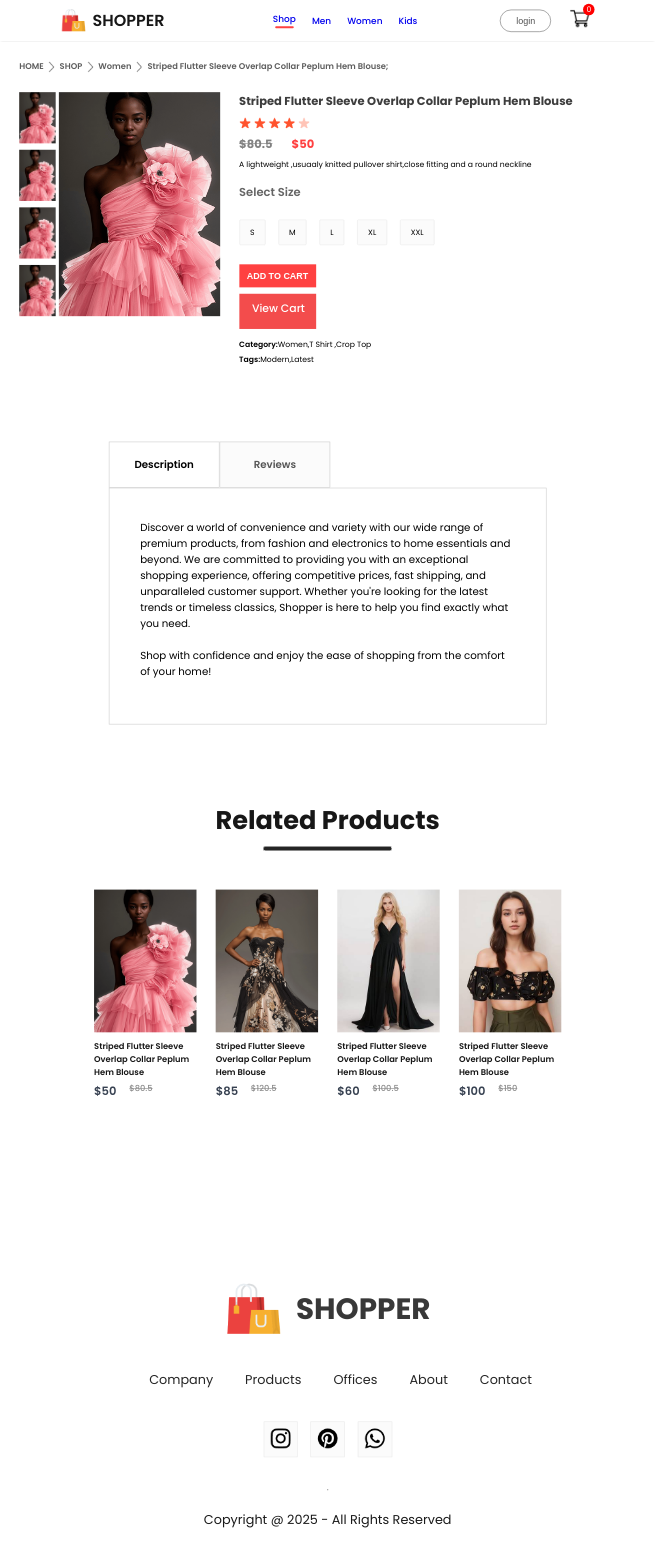
Repository: PayalJakhar/Shoppers-E-commerce-Website
Page: /product/1 (app in frontend/)
These files come from the project's save history. The page is drawn as it stood at one moment and after a run of saves; the edit follows.
The browser window is 1024 px wide. The pictures show the whole page, at 64% of full size.
The project was rebuilt for these pictures with package versions that can differ from the ones it lists, and the page was loaded fresh each time. Also part of the build but not shown: frontend/src/App.css, frontend/src/Components/Hero/Hero.css, frontend/src/Components/Hero/Hero.jsx, frontend/src/Components/Popular/Popular.css, frontend/src/Components/Popular/Popular.jsx, frontend/src/Components/Offers/Offers.css, frontend/src/Components/Offers/Offers.jsx, frontend/src/Components/NewCollections/NewCollections.css and 12 more.

Above is the page before, as saved 2025-01-17 19:06:01.

### frontend/src/index.css
*{
  margin:0;
}
body {
  margin: 0;
  font-family: -apple-system, BlinkMacSystemFont, 'Segoe UI', 'Roboto', 'Oxygen',
    'Ubuntu', 'Cantarell', 'Fira Sans', 'Droid Sans', 'Helvetica Neue',
    sans-serif;
  -webkit-font-smoothing: antialiased;
  -moz-osx-font-smoothing: grayscale;
  font-family:'poppins';
}

code {
  font-family: source-code-pro, Menlo, Monaco, Consolas, 'Courier New',
    monospace;
}

### frontend/src/Context/ShopContext.jsx
import React, { createContext, useState } from "react";
import all_product from '../Components/Assets/Frontend_Assets/all_product';

export const ShopContext = createContext(null);

const getDefaultCart = () => {
    let cart = {};
    for (let index = 0; index < all_product.length; index++) {
        cart[index] = 0;
    }
    return cart;
}

const ShopContextProvider = (props) => {
    const [cartItems, setCartItems] = useState(getDefaultCart());

    const addToCart = (itemId) => {
        setCartItems((prev) => ({ ...prev, [itemId]: prev[itemId] + 1 }));
        console.log(cartItems);
    }

    const removeFromCart = (itemId) => {
        setCartItems((prev) => ({ ...prev, [itemId]: prev[itemId] - 1 }));
    }

    const getTotalCartAmount = () => {
        let totalAmount = 0;
        for (const item in cartItems) {
            if (cartItems[item] > 0) {
                let itemInfo = all_product.find((product) => product.id === Number(item));
                totalAmount += itemInfo.new_price * cartItems[item];
            }
        }
        return totalAmount;
    }

    const getTotalCartItems = () => {
        let totalItem = 0;
        for (const item in cartItems) {
            if (cartItems[item] > 0) {
                totalItem += cartItems[item];
            }
        }
        return totalItem;
    }

    const contextValue = { getTotalCartItems, getTotalCartAmount, all_product, cartItems, addToCart, removeFromCart };

    return (
        <ShopContext.Provider value={contextValue}>
            {props.children}
        </ShopContext.Provider>
    )
}

export default ShopContextProvider;

### frontend/src/Components/Navbar/Navbar.jsx
import React, { useContext, useState, useRef } from 'react';
import { Link } from 'react-router-dom';
import './Navbar.css';
import logo from '../Assets/Frontend_Assets/logo.png';
import cart_icon from '../Assets/Frontend_Assets/cart_icon.png';
import { ShopContext } from '../../Context/ShopContext';
import nav_dropdown from '../Assets/Frontend_Assets/nav_dropdown.png'

export default function Navbar() {
    const [menu, setMenu] = useState('shop');
    const {getTotalCartItems} = useContext(ShopContext);
    const menuRef = useRef();

    const dropdown_toggle = (e) =>{
        menuRef.current.classList.toggle('nav-menu-visible');
        e.target.classList.toggle('open');
    }


    return (
        <div className="navbar">
            <div className="nav-logo">
                <img src={logo} alt="" />
                <p> SHOPPER</p>
            </div>
            <img  className='nav-dropdown' onClick={dropdown_toggle} src={nav_dropdown} alt=""/>
            <ul ref={menuRef} className="nav-menu">
                <li onClick={() => { setMenu('shop') }}><Link style={{textDecoration:'none'}} to='/'>Shop</Link>{menu === 'shop' ? <hr /> : <></>}</li>
                <li onClick={() => { setMenu('mens') }}><Link style={{textDecoration:'none'}} to='/mens'>Men</Link>{menu === 'mens' ? <hr /> : <></>}</li>
                <li onClick={() => { setMenu('women') }}><Link style={{textDecoration:'none'}} to='/women'>Women</Link>{menu === 'women' ? <hr /> : <></>}</li>
                <li onClick={() => { setMenu('kids') }}><Link style={{textDecoration:'none'}} to='/kids'>Kids</Link>{menu === 'kids' ? <hr /> : <></>}</li>
            </ul>
            <div className="nav-login-cart">
                <Link style={{textDecoration:'none'}} to='/login'><button>login</button></Link>
                <Link style={{textDecoration:'none'}} to='/cart'><img src={cart_icon} alt="" /></Link>
                <div className="nav-cart-count">{getTotalCartItems()}</div>
            </div>
        </div>
    )
}

### frontend/src/Pages/Product.jsx
import React,{useContext} from 'react'
import {ShopContext} from '../Context/ShopContext'
import {useParams} from 'react-router-dom'
import Breadcrum from '../Components/Breadcrums/Breadcrum';
import ProductDisplay from '../Components/ProductDisplay/ProductDisplay';
import DescriptionBox from '../Components/DescriptionBox/DescriptionBox';
import RelatedProducts from '../Components/RelatedProducts/RelatedProducts';

export default function Product() {
  const {all_product} = useContext(ShopContext);
  const {productID} = useParams(); // we have to give the name the same name as the parameter as been given
  // using the productID we will look for the product in the all_product;

  const product = all_product.find((e)=>e.id===Number(productID));// the const product will be equal to an object as all_product is an array of objects
  // as productID should be in number format as e.id is in number format
  return (
    <div>
        <Breadcrum product={product}/>
        <ProductDisplay product={product}/>
        <DescriptionBox/>
        <RelatedProducts/>
    </div>
  )
}

### frontend/src/Components/Footer/Footer.jsx
import React from 'react'
import './Footer.css'
import footer_logo from '../Assets/Frontend_Assets/logo_big.png'
import instagram_icon from '../Assets/Frontend_Assets/instagram_icon.png'
import pintester_icon from '../Assets/Frontend_Assets/pintester_icon.png'
import whatsapp_icon from '../Assets/Frontend_Assets/whatsapp_icon.png'
export default function Footer() {
  return (
    <div className='footer'>
        <div className="footer-logo">
            <img src={footer_logo} alt=""/>
            <p>SHOPPER</p>
        </div>
        <ul className="footer-links">
            <li>Company</li>
            <li>Products</li>
            <li>Offices</li>
            <li>About</li>
            <li>Contact</li>
        </ul>
        <div className="footer-social-icon">
            <div className="footer-icons-container">
                <img src={instagram_icon} alt=""/>
            </div>
            <div className="footer-icons-container">
                <img src={pintester_icon} alt=""/>
            </div>
            <div className="footer-icons-container">
                <img src={whatsapp_icon} alt=""/>
            </div>
        </div>
        <div className="footer-copyright">
            <hr/>
            <p>Copyright @ 2025 - All Rights Reserved</p>
        </div>
    </div>
  )
}

### frontend/src/Components/Item/Item.jsx
import React from 'react'
import { Link } from 'react-router-dom';
import './Item.css'
export default function Item(props) {
  return (
    <div className='item'>
        <Link to={`/product/${props.id}`}><img onClick={window.scrollTo(0,0)} src={props.image} alt="" /></Link>
        {/* on click to img just scroll the window on to top */}
        <p>{props.name}</p>
        <div className="item-prices">
            <div className="item-price-new">
                ${props.new_price}
            </div>
            <div className="item-price-old">
                ${props.old_price}
            </div>
        </div>
    </div>
  )
}

### frontend/src/Components/Breadcrums/Breadcrum.jsx
import React from 'react'
import './Breadcrum.css'
import arrow_icon from '../Assets/Frontend_Assets/breadcrum_arrow.png'

const Breadcrum = (props) => {
    const {product} = props;
    return (
        <div className='breadcrum'>
            HOME <img src={arrow_icon} alt=""/> SHOP <img src={arrow_icon} alt=""/> {product.category} <img src={arrow_icon} alt=""/> {product.name};
        </div>
    )
}

export default Breadcrum

### frontend/src/Components/DescriptionBox/DescriptionBox.jsx
import React from 'react'
import './DescriptionBox.css'

const DescriptionBox = () => {
  return (
    <div className='descriptionbox'>
      <div className="descriptionbox-navigator">
        <div className="descriptionbox-nav-box">Description</div>
        <div className="descriptionbox-nav-box fade">Reviews</div>
      </div>
      <div className="descriptionbox-description">
        <p>
        Discover a world of convenience and variety with our wide range of premium products, from fashion and electronics to home essentials and beyond. We are committed to providing you with an exceptional shopping experience, offering competitive prices, fast shipping, and unparalleled customer support. Whether you're looking for the latest trends or timeless classics, Shopper is here to help you find exactly what you need.
        </p>
        <p>
         Shop with confidence and enjoy the ease of shopping from the comfort of your home!
        </p>
      </div>
    </div>
  )
}

export default DescriptionBox

### frontend/src/Components/RelatedProducts/RelatedProducts.jsx
import React from 'react'
import './RelatedProducts.css'
import data_product from '../Assets/Frontend_Assets/data'
import Item from '../Item/Item'
const RelatedProducts = () => {
  return (
    <div className='relatedproducts'>
        <h1>Related Products</h1>
        <hr/>
        <div className="relatedproducts-item">
            {data_product.map((item,i)=>{
                return <Item key={i} id={item.id} name={item.name} image={item.image} new_price={item.new_price} old_price={item.old_price}/>
            })}
        </div>
    </div>
  )
}

export default RelatedProducts

### frontend/src/Components/Footer/Footer.css
.footer{
    display: flex;
    flex-direction: column;
    justify-content: center;
    align-items: center;
    gap: 50px;
}

.footer-logo{
    display: flex;
    align-items: center;
    gap: 20px;
}

.footer-logo p{
    color: #383838;
    font-size: 46px;
    font-weight: 700;

}

.footer-links{
    display: flex;
    list-style: none;
    gap: 50px;
    color: #252525;
    font-size: 20px;
}

.footer-links li{
    cursor: pointer;
}

.footer-social-icon{
    display: flex;
    gap: 20px;
}

.footer-icons-container{
    padding: 10px;
    padding-bottom:6px;
    background: #fbfbfb;
    border: 1px solid #ebebeb;
}

.footer-copyright{
    display: flex;
    flex-direction: column;
    align-items: center;
    gap: 30px;
    width: 100%;
    margin-bottom: 30px;
    color: #1a1a1a;
    font-size: 20px;
}

.footer-copyright r{
    width: 80%;
    border: none;
    border-radius: 10px;
    height: 3px;
    background: #c7c7c7;
}

@media(max-width: 800px){
    .footer{
        gap: 20px;
    }
    .footer-lgo{
        gap: 10px;
        align-items: end;
    }
    .footer-logo img{
        width: 40px;
    }
    .footer-logo p{
        font-size: 25px;
    }
    .footer-links{
        font-size: 14px;
        gap: 10px;
    }
    .footer-social-icon img{
        width: 22px;
    }
    .footer-copyright{
        font-size: 13px;
    }
}

### frontend/src/Components/Item/Item.css
.item{
    width:280px;
}
.item img{
    width: 280px;
}
.item p{
    margin: 6px 0px;
}

.item-prices{
    display:flex;
    gap:20px;
}
.item-price-new{
    color: #374151;
    font-size: 18px;
    font-weight: 600;
}
.item-price-old{
    color: #8c8c8c;
    font-size: 18px;
    font-weight: 500;
    text-decoration: line-through;
}

.item:hover{
    transform: scale(1.05);
    transition: 0.6s;
}

@media(max-width: 1280px){
    .item{
        width: 220px;
        font-size: 14px;
    }
    .item img{
        width: 220px;
    }

    .item-price-old{
        font-size: 14px;
    }
}

@media(max-width: 1024px){
    .item{
        width: 170px;
        font-size: 13px;
    }
    .item img{
        width: 170px;
    }

    .item-price-old{
        font-size: 13px;
    }
}


@media(max-width: 800px){
    .item{
        width: 120px;
        font-size: 12px;
    }
    .item img{
        width: 120px;
    }

    .item-price-old{
        font-size: 12px;
    }
}


@media(max-width: 1280px){
    .item{
        width: 160px;
    }
    .item img{
        width: 160px;
    }

}

### frontend/src/Components/Breadcrums/Breadcrum.css
.breadcrum{
    display: flex;
    align-items: center;
    gap: 8px;
    color: #5e5e5e;
    font-size: 16px;
    font-weight: 600;
    margin: 60px 170px;
    text-transform: capitalize;
}

@media(max-width: 1280px){
    .breadcrum{
        margin: 30px 50px;
        font-size: 14px;
    }
}

@media(max-width: 1024px){
    .breadcrum{
        margin: 30px 30px;
        font-size: 13px;
    }
}


@media(max-width: 800px){
    .breadcrum{
        margin: 30px 10px;
        font-size: 12px;
    }
}


@media(max-width: 500px){
    .breadcrum{
        /* margin: 30px 50px; */
        font-size: 10px;
    }
}

### frontend/src/Components/ProductDisplay/ProductDisplay.css
.productdisplay{
    display: flex;
    margin: 0px 170px;
}
.productdisplay-left{
    display: flex;
    gap:17px;
}
.productdisplay-img-list{
    display: flex;
    flex-direction: column;
    gap:16px;
}
.productdisplay-img-list img{
    height: 163px;
}
.productdisplay-main-img{
    width:586px;
    height:700px;
}
.productdisplay-right{
    margin: 0px 70px;
    display: flex;
    flex-direction: column;
}
.productdisplay-right h1{
    color: #3d3d3d;
    font-size: 40px;
    font-weight: 700;
}
.productdisplay-right-star{
    display: flex;
    align-items: center;
    margin-top: 13px;
    gap:5px ;
    color: #1c1c1c;
    font-size: 16px;

}
.productdisplay-right-prices{
    display: flex;
    margin:40px 0px;
    gap:30px;
    font-size: 24px;
    font-weight: 700;
}
.productdisplay-right-price-old{
    color: #818181;
    text-decoration: line-through;
}
.productdisplay-right-price-new{
    color: #ff4141;
}
.productdisplay-right-size h1{
    margin-top: 55px;
    color: #656565;
    font-size:20px;
    font-weight: 600;
}
.productdisplay-right-sizes{
    display: flex;
    margin:30px 0px;
    gap:20px;
}
.productdisplay-right-sizes div{
    padding: 18px 24px;
    background: #fbfbfb;
    border: 1px solid #ebebeb;
    border-radius: 2px;
    cursor: pointer;

}
.productdisplay-right button{
    padding: 20px 40px;
    width:200px;
    font-size: 16px;
    font-weight: 600;
    color: white;
    background: #ff4141;
    margin-bottom: 40px;
    border: none;
    outline: none;
    cursor: pointer;
}
.productdisplay-right-category{
    margin-top:10px;
}
.productdisplay-right-category span{
    font-weight:600 ;
}

.view-cart-link{
    display: block;
    text-decoration: none;
    /* border: 1px solid black; */
    width: 137px;
    justify-content: center;
    padding-left: 60px;
    color: rgb(255, 255, 255);
    background-color:#f34c4c;
    outline: none;
    height: 35px;
    align-items: center;
    padding-top: 13px;
    padding-bottom: 8px;
    font-size: 18px;
    font-weight: 500;
    margin-bottom: 30px;
}

@media(max-width: 1280px){
    .productdisplay{
        margin: 0px 60px;
    }
    .productdisplay-left{
        gap: 10px;
    }

    .productdisplay-img-list{
        gap: 10px;
    }
    .productdisplay-img-list img{
        height: 120px;
    }

    .productdisplay-main-img{
        width: auto;
        height: 510px;
    }
    .productdisplay-right{
        margin: 0px 30px;
    }

    .productdisplay-right h1{
        font-size: 22px;
    }

    .productdisplay-right-stars{
        gap: 3px;
        font-size: 13px;
    }

    .productdisplay-right-prices{

        margin: 10px 0px;
        font-size: 18px;
    }

    .productdisplay-right-description{
        font-size: 13px;
    }

    .productdisplay-right-size h1{
        margin-top: 20px;
        font-size: 20px;
    }

    .productdisplay-right-sizes div{
        padding: 14px 20px;
    }

    .productdisplay-right button{
        width: 150px;
        padding: 15px 0px;
        margin-bottom: 20px;
    }
    .view-cart-link{
        width: 120px;
        padding: 8px 0px;
        margin-bottom: 20px;
        padding-left: 30px;
    }
    .productdisplay-right-category{
        margin-top: 5px;
        font-size: 14px;
    }
}


@media(max-width: 1024px){
    .productdisplay{
        margin: 0px 30px;
    }
    .productdisplay-left{
        gap: 5px;
    }

    /* .productdisplay-img-list{
        gap: 10px;
    } */
    .productdisplay-img-list img{
        height: 80px;
    }

    .productdisplay-main-img{
        /* width: auto; */
        height: 350px;
    }
    /* .productdisplay-right{
        margin: 0px 30px;
    } */

    .productdisplay-right h1{
        font-size: 18px;
    }

    .productdisplay-right-stars img{
        /* gap: 3px; */
        /* font-size: 13px; */
        width: 15px;
    }

    /* .productdisplay-right-prices{

        margin: 10px 0px;
        font-size: 18px;
    } */

    .productdisplay-right-description{
        font-size: 12px;
    }

    .productdisplay-right-sizes{
        margin-top: 10px 0px;
        /* font-size: 20px; */
    }

    .productdisplay-right-sizes div{
        padding: 10px 16px;
        font-size: 12px;
    }

    .productdisplay-right button{
        width: 120px;
        padding: 10px 0px;
        margin-bottom: 10px;
        font-size: 14px;
    }

    .view-cart-link{
        width: 100px;
        padding: 10px 0px;
        margin-bottom: 10px;
        font-size: 17px;
        padding-left: 20px;
    }

    .productdisplay-right-category{
        /* margin-top: 5px; */
        font-size: 12px;
    }
}




@media(max-width: 800px){
    .productdisplay{
        margin: 0px 10px;
    }
    .productdisplay-left{
        gap: 0px;
        flex-direction: column-reverse;
        align-items: center;
    }

    .productdisplay-img-list{
        flex-direction: row;
        gap: 6px;
    }
    .productdisplay-img-list img{
        height: 70px;
    }

    .productdisplay-main-img{
        /* width: auto; */
        height: 300px;
    }
    /* .productdisplay-right{
        margin: 0px 30px;
    } */

    .productdisplay-right h1{
        font-size: 14px;
    }

    .productdisplay-right-stars img{
        /* gap: 3px; */
        /* font-size: 13px; */
        width: 13px;
    }

    /* .productdisplay-right-prices{

        margin: 10px 0px;
        font-size: 18px;
    } */

    .productdisplay-right-description{
        font-size: 10px;
    }
    .productdisplay-right-size h1{
        margin-top: 10px 0px;
        /* font-size: 20px; */
    }
    .productdisplay-right-sizes{
        margin-top: 10px ;
        gap: 5px;
        /* font-size: 20px; */
    }

    .productdisplay-right-sizes div{
        padding: 4px 11px;
        /* font-size: 12px; */
    }

    .productdisplay-right button{
        width: 100px;
        /* padding: 10px 0px; */
        /* margin-bottom: 10px; */
        font-size: 12px;
    }

    .view-cart-link{
        width: 100px;
        /* padding: 10px 0px; */
        /* margin-bottom: 10px; */
        font-size: 12px;
    }

    .productdisplay-right-category{
        /* margin-top: 5px; */
        font-size: 10px;
    }
}


@media(max-width:500px){

    .productdisplay{
        flex-direction: column;
    }

    .productdisplay-left{
        gap: 10px;
        flex-direction: row;
        margin: auto;
    }

    .productdisplay-img-list{
        flex-direction: column;
        gap: 8px;
    }

    .productdisplay-img-list img{
        height: 75px;
    }

    .productdisplay-main-img{
        height: 330px;
    }

    .productdisplay-right{ margin: 5px;
    }

    .productdisplay-right h1{
        margin-top: 15px;
        font-size: 20px;
        font-weight: 500;
    }

    .productdisplay-right-stars img{ width: 15px;
    }

    .productdisplay-right-sizes{ gap: 10px;
        margin: 20px 0px;
    }

    I .productdisplay-right-sizes div{
        padding: 10px 16px;
        font-size: 14px;
    }

    .productdisplay-right button{
        width: 130px;
        font-size: 15px;
        padding: 12px 0px;
    }

        .productdisplay-right-category{
            font-size: 16px;
        }

        .view-cart-link{
            width: 130px;
            font-size: 15px;
            padding: 12px 0px;
        }
}

### frontend/src/Components/DescriptionBox/DescriptionBox.css
.descriptionbox{
    margin: 120px 170px;
}
.descriptionbox-navigator{
    display: flex;
}

.descriptionbox-nav-box{
    display:flex;
    align-items: center;
    justify-content: center;
    font-size: 16px;
    font-weight: 600;
    width: 171px;
    height: 70px;
    border: 1px solid #d0d0d0;
}

.descriptionbox-nav-box.fade{
    background: #FBFBFB;
    color: #555;
}

.descriptionbox-description{
    display: flex;
    flex-direction: column;
    gap: 25px;
    border: 1px solid #D0D0D0;
    padding: 48px;
    padding-bottom: 70px;
}

### frontend/src/Components/RelatedProducts/RelatedProducts.css
.relatedproducts{
    display: flex;
    flex-direction: column;
    align-items: center;
    gap: 10px;
    height: 90vh;
    margin-bottom: 100px;
}

.relatedproducts{
    color: #171717;
    font-size: 20px;
    font-weight: 600;
}

.relatedproducts hr{
    width: 200px;
    height: 6px;
    border-radius:10px;
    background: #252525;
}

.relatedproducts-item{
    margin-top: 50px;
    display: flex;
    gap: 30px;
}

Loaded but not shown: frontend/public/index.html (common file); frontend/src/reportWebVitals.js (common file); frontend/src/Components/Assets/Frontend_Assets/all_product.js (329 lines, source omitted); frontend/src/App.js (33 lines, source omitted); frontend/src/Components/Assets/Frontend_Assets/data.js (34 lines, source omitted); frontend/src/index.js (20 lines, source omitted); frontend/src/Components/Navbar/Navbar.css (194 lines, source omitted); frontend/src/Components/ProductDisplay/ProductDisplay.jsx (61 lines, source omitted)

After the next 2 saves:
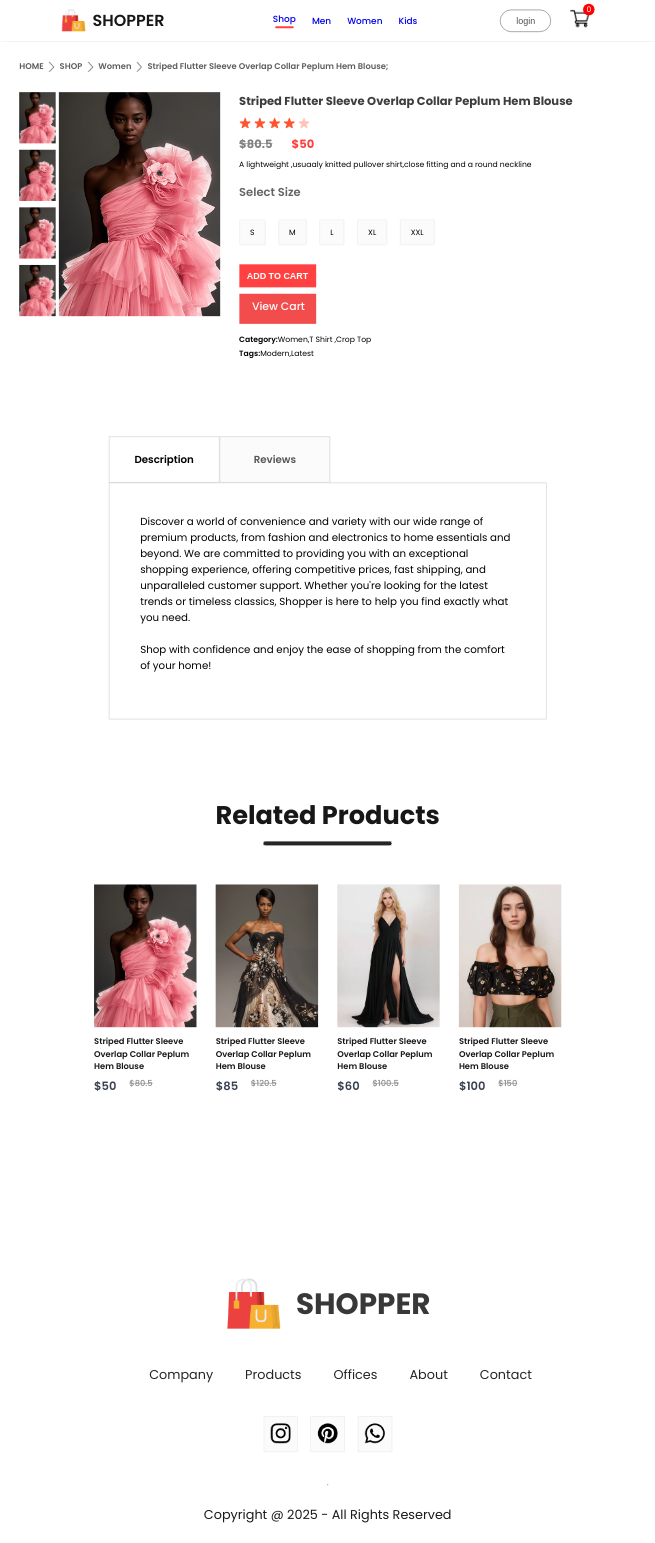
The 2 saves are shown as one change because they came seconds apart.
The last was saved 10 s later.
--- a/frontend/src/Components/ProductDisplay/ProductDisplay.css
+++ b/frontend/src/Components/ProductDisplay/ProductDisplay.css
@@ -239,7 +239,7 @@
 
     .view-cart-link{
         width: 100px;
-        padding: 10px 0px;
+        padding: 6px 0px;
         margin-bottom: 10px;
         font-size: 17px;
         padding-left: 20px;
